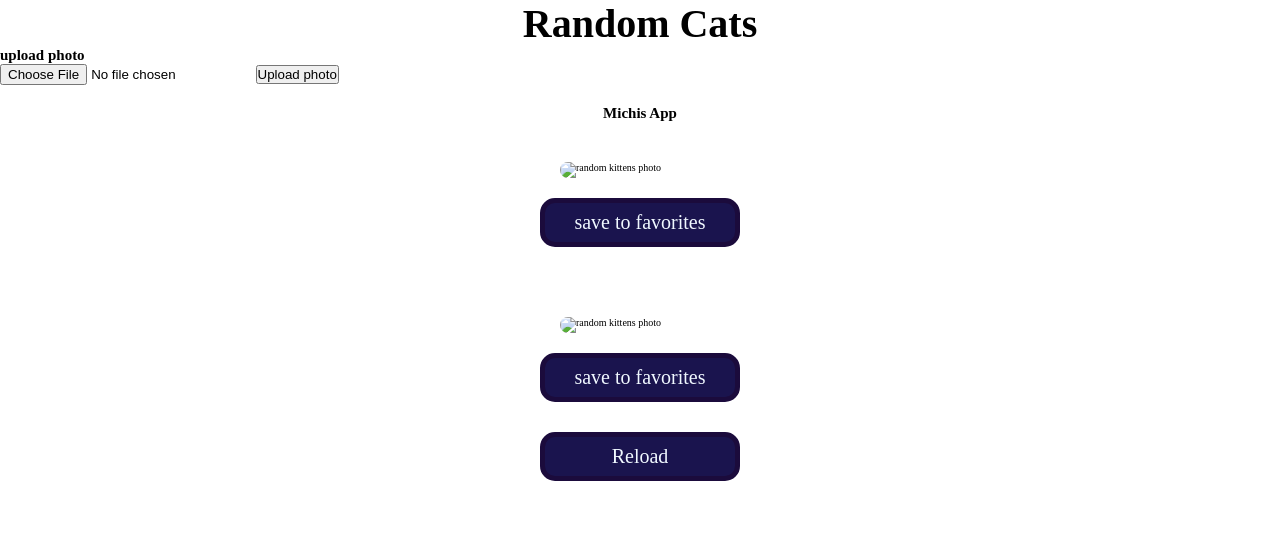
Repository: elto82/ConsumoAPIRESTjs
Page: index.html
An editor plug-in stored every save of this project. The page is shown before and after the next save, followed by the edit.
The browser window is 1280 px wide. The pictures show the whole page.
The page's requests for data from a server got no answer.

Above is the page before, as saved 2022-07-04 21:30:19.

After the next save:
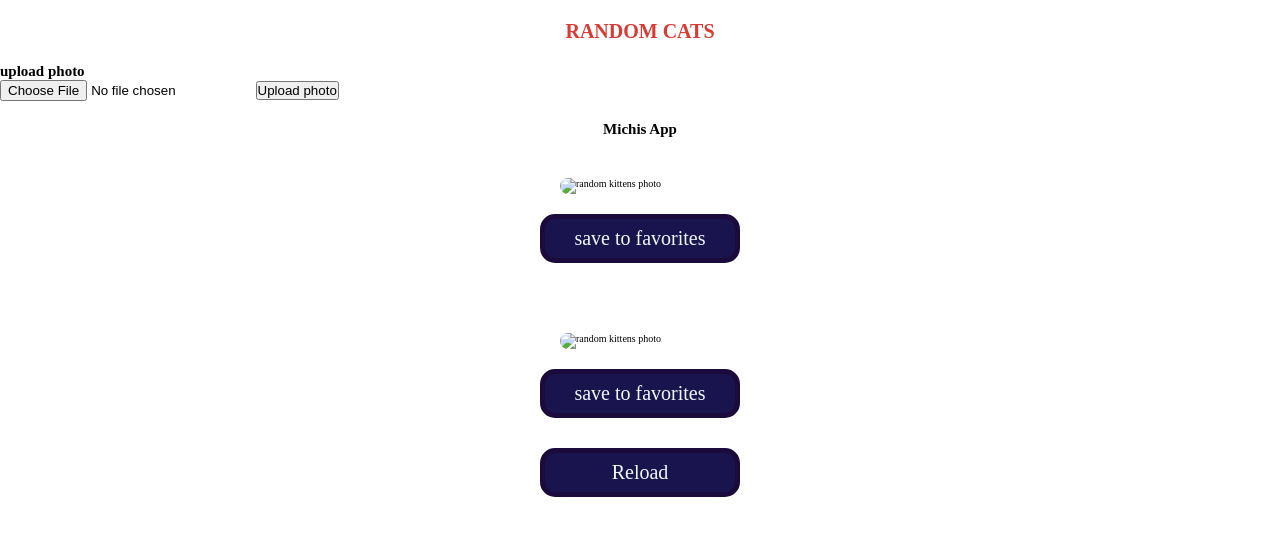
Saved 100 s later.
--- a/style.css
+++ b/style.css
@@ -13,8 +13,12 @@ header {
   display: flex;
   justify-content: center;
 }
+
 h1 {
-  font-size: 4rem;
+  margin: 20px 0;
+  color: #DB3A34;
+  font-weight: 800;
+  text-transform: uppercase;
 }
 article{
   display: flex;
